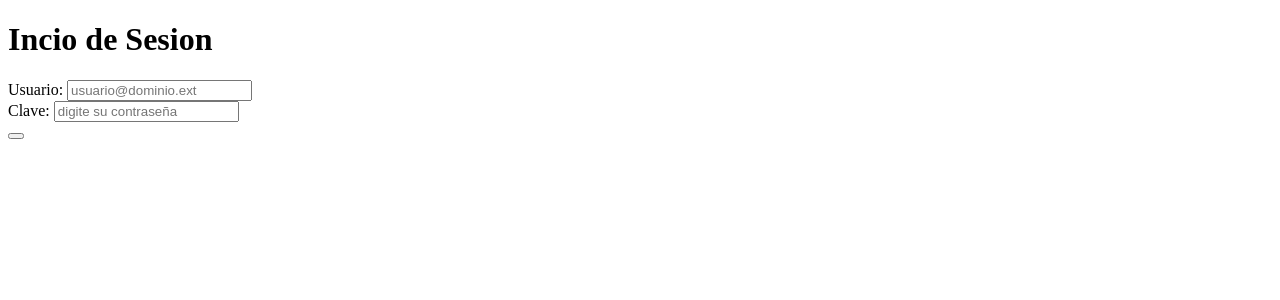
Repository: elcharlybeto/Java-WEB-API-55961
Page: http://localhost/Sesiones/formulario.jsp
An editor plug-in stored every save of this project. The page is shown before and after the next save, followed by the edit.
The browser window is 1280 px wide. The pictures show the whole page.
The page is served by Tomcat 9.

Above is the page before, as saved 2022-01-20 23:18:01.

After the next save:
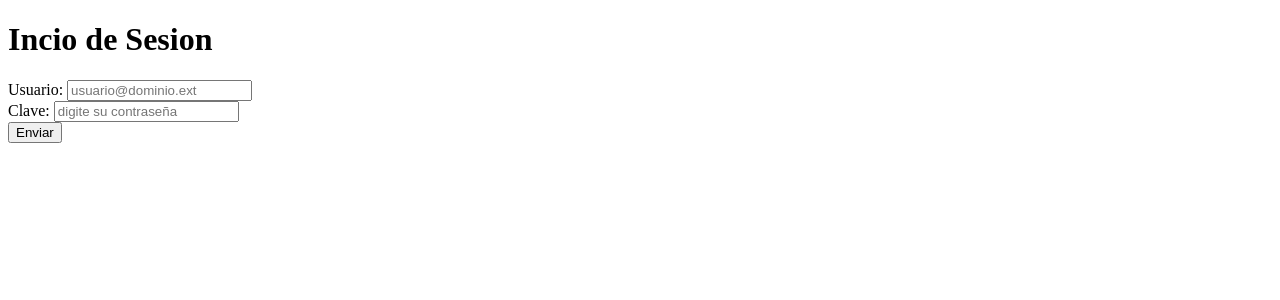
Saved 13 s later.
--- a/Sesiones/src/main/webapp/formulario.jsp
+++ b/Sesiones/src/main/webapp/formulario.jsp
@@ -20,7 +20,7 @@
 		</div>
 
 		<div>
-			<button></button>
+			<button type="submit">Enviar</button>
 		</div>
 
 
